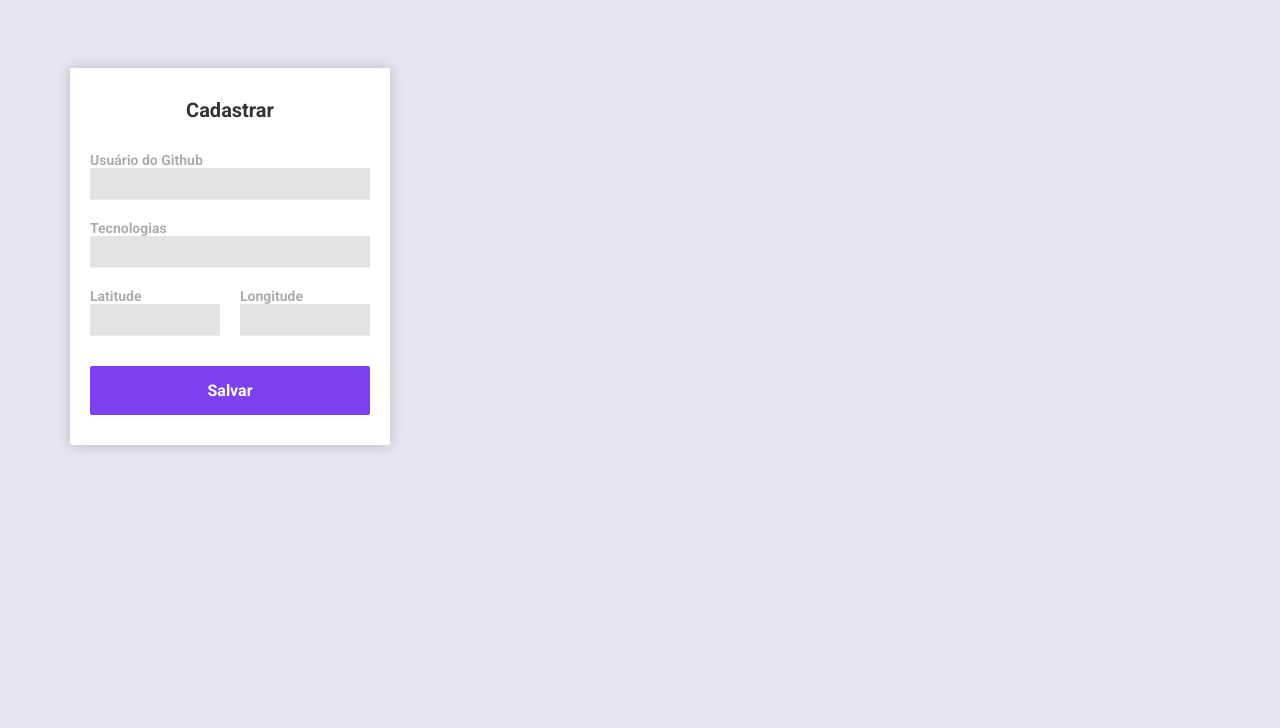
Repository: Jonatas-Castro/react_frontend
Page: /
These files come from the project's save history. The page is drawn as it stood at one moment and after the next save; the edit follows.
The browser window is 1280 px wide. The pictures show the whole page.
The page's requests for data from a server got no answer. The project was rebuilt for these pictures with package versions that can differ from the ones it lists, and the page was loaded fresh each time. No one was signed in, and anything a server would have sent is missing. Also part of the build but not shown: src/components/devItem/style.css, src/components/devItem/index.js, src/components/devForm/style.css.

Above is the page before, as saved 2020-01-16 18:13:31.

After the next save:
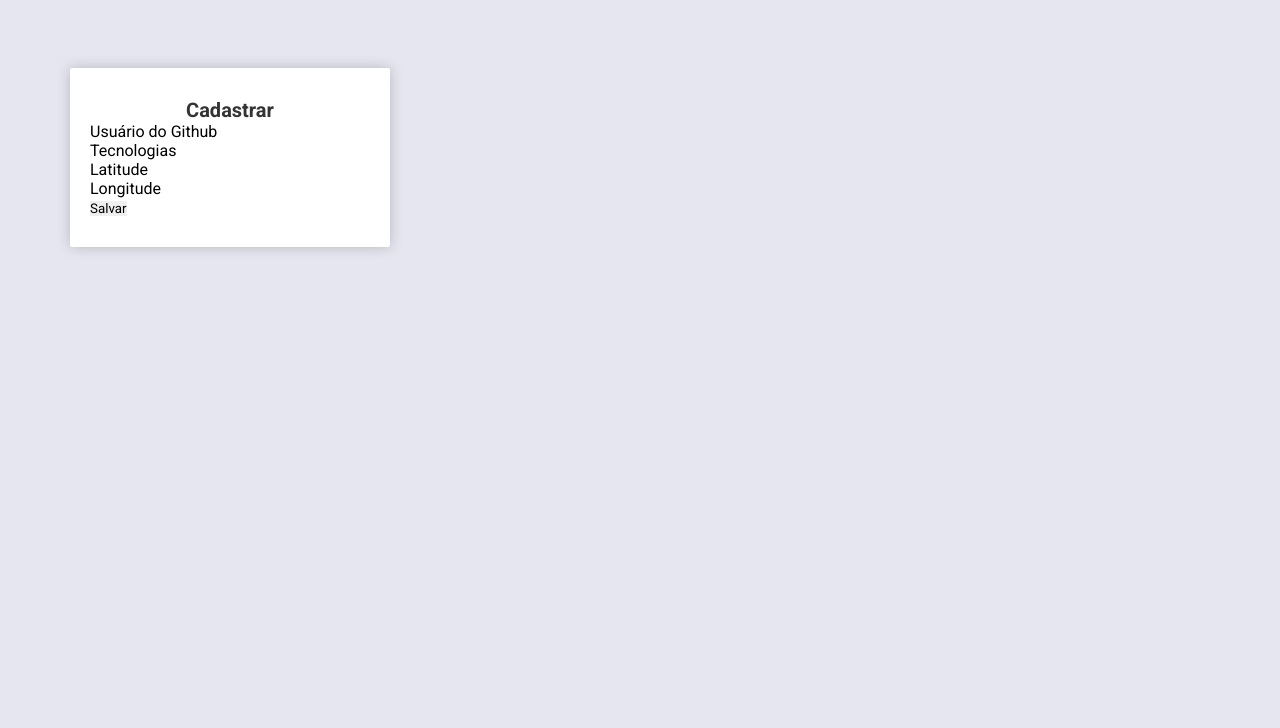
Saved 2 min 14 s later.
--- a/src/Sidebar.css
+++ b/src/Sidebar.css
@@ -11,55 +11,3 @@ aside strong{
     display: block;
     color: #333;
 }
-aside form{
-    margin-top: 30px;
-
-}
-aside form .input-block +.input-block{
-    margin-top: 20px;
-}
-
-aside form .input-group{
-    margin-top: 20px;
-    display: grid;
-    gap: 20px;
-    grid-template-columns: 1fr 1fr;
-}
-
-aside form .input-group .input-block{
-    margin-top: 0px;
-}
-
-aside form .input-block label{
-    color:#acacac;
-    font-size: 14px;
-    font-weight: bold;
-    display: block;
-}
-aside form .input-block input{
-    width: 100px;
-    height: 32px;
-    font-size: 14px;
-    color: #777;
-    border: 0;
-    border-bottom: 1px solid #eee;
-    background: #e3e3e3;
-    width: 100%;
-}
-aside form button[type=submit]{
-    width: 100%;
-    border:0;
-    margin-top: 30px;
-    background: #7d40ef;
-    border-radius: 2px;
-    padding: 15px 20px;
-    font-size: 16px;
-    font-weight: bold;
-    color: #fff;
-    cursor: pointer;
-    transition: background 0.5s;
-
-}
-aside form button[type=submit]:hover{
-    background: #6931ca;
-}
